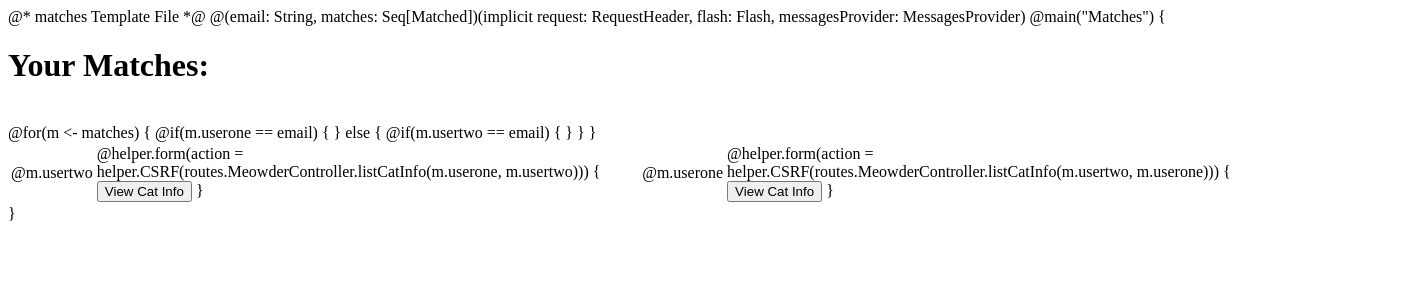
Repository: CSCI3345-S18/web-apps-project-s18-datingapp
Page: CSCI3345-S18/server/app/views/matches.scala.html
These files come from the project's save history. The page is drawn as it stood at one moment and after the next save; the edit follows.
The browser window is 1280 px wide. The page is 1280 px wide, then 1405 px, so the pictures cover 1405 px, including what lies to the right of the window. The pictures show the whole page.

Above is the page before, as saved 2018-05-07 00:18:08.

After the next save:
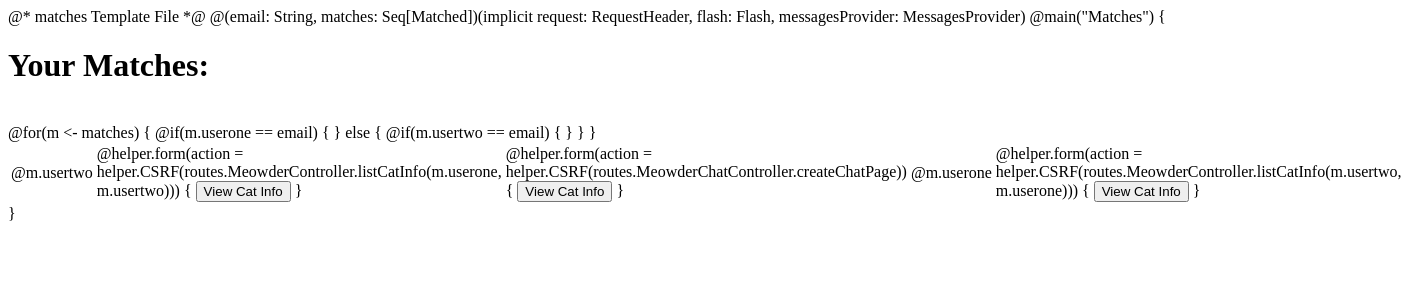
Saved 23 min 21 s later.
--- a/CSCI3345-S18/server/app/views/matches.scala.html
+++ b/CSCI3345-S18/server/app/views/matches.scala.html
@@ -10,6 +10,10 @@
 			@if(m.userone == email) {
 					<td>@m.usertwo</td>
 					<td>@helper.form(action = helper.CSRF(routes.MeowderController.listCatInfo(m.userone, m.usertwo))) {
+						<input type="submit" name="catInfo" value="View Cat Info">
+						}
+					</td>
+					<td>@helper.form(action = helper.CSRF(routes.MeowderChatController.createChatPage)) {
 						<input type="submit" name="catInfo" value="View Cat Info">
 						}
 					</td>
